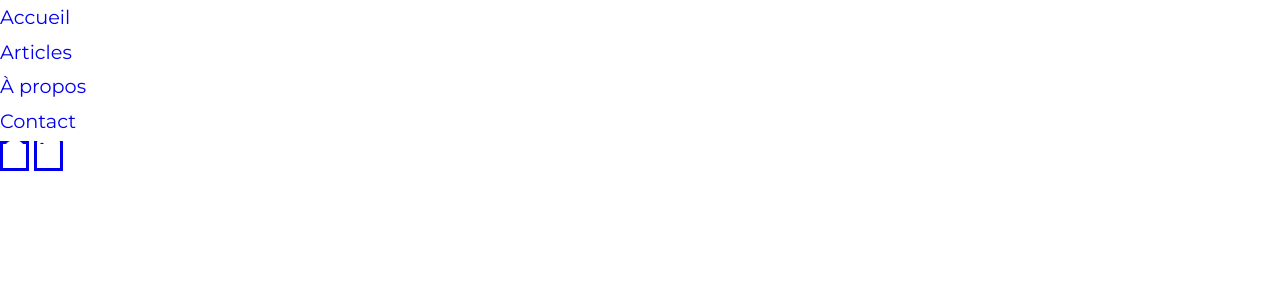
Repository: DorianABDS/Portfolio-ABBADESSA-Dorian
Page: index.html
These files come from the project's save history. The page is drawn as it stood at one moment and after the next save; the edit follows.
The browser window is 1280 px wide. The pictures show the whole page.

Above is the page before, as saved 2024-11-25 23:12:31.

After the next save:
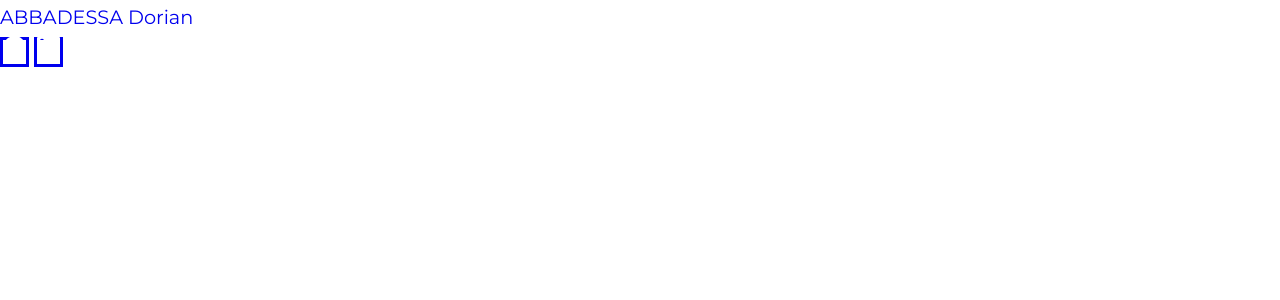
Saved 48 s later.
--- a/index.html
+++ b/index.html
@@ -13,12 +13,7 @@
 <body>
     <header class="header">
         <nav class="navbar">
-            <ul>
-                <li><a href="index.html">Accueil</a></li>
-                <li><a href="articles.html">Articles</a></li>
-                <li><a href="apropos.html">À propos</a></li>
-                <li><a href="contact.html">Contact</a></li>
-            </ul>
+            <a href="index.html" class="logo">ABBADESSA Dorian</a>
         </nav>
         <div class="social">
             <a href="#" title="Facebook"><img src="/src/img/icone Github.png" alt=""></a>
